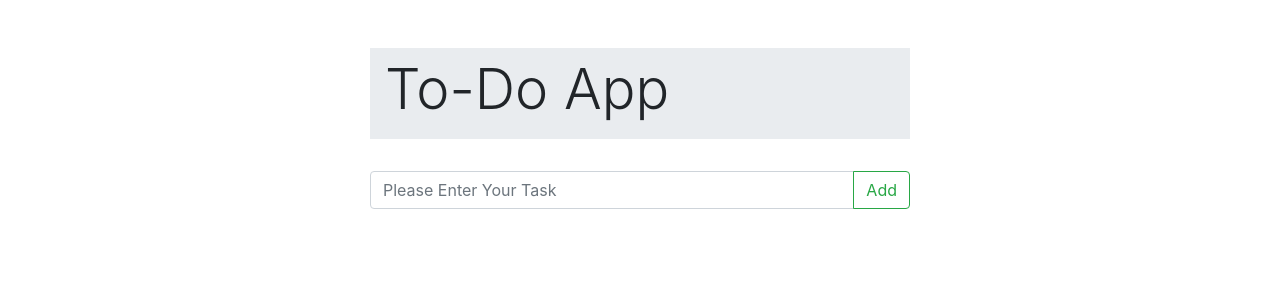
Repository: Khilanmakwana/Todo-App-ReactJS
Page: /
An editor plug-in stored every save of this project. The page is shown before and after the next save, followed by the edit.
The browser window is 1280 px wide. The pictures show the whole page.
The project was rebuilt for these pictures with package versions that can differ from the ones it lists, and the page was loaded fresh each time. Also part of the build but not shown: src/App.css.

Above is the page before, as saved 2020-04-28 19:17:17.

### public/index.html
<!DOCTYPE html>
<html lang="en">

<head>
  <meta charset="utf-8" />
  <link rel="icon" href="%PUBLIC_URL%/favicon.ico" />
  <meta name="viewport" content="width=device-width, initial-scale=1" />
  <meta name="theme-color" content="#000000" />
  <meta name="description" content="Web site created using create-react-app" />
  <link rel="apple-touch-icon" href="%PUBLIC_URL%/logo192.png" />
  <!--
      manifest.json provides metadata used when your web app is installed on a
      user's mobile device or desktop. See https://developers.google.com/web/fundamentals/web-app-manifest/
    -->
  <link rel="manifest" href="%PUBLIC_URL%/manifest.json" />
  <!--
      Notice the use of %PUBLIC_URL% in the tags above.
      It will be replaced with the URL of the `public` folder during the build.
      Only files inside the `public` folder can be referenced from the HTML.

      Unlike "/favicon.ico" or "favicon.ico", "%PUBLIC_URL%/favicon.ico" will
      work correctly both with client-side routing and a non-root public URL.
      Learn how to configure a non-root public URL by running `npm run build`.
    -->
  <title>React App</title>
  <link rel="stylesheet" href="https://stackpath.bootstrapcdn.com/bootstrap/4.4.1/css/bootstrap.min.css"
    integrity="sha384-Vkoo8x4CGsO3+Hhxv8T/Q5PaXtkKtu6ug5TOeNV6gBiFeWPGFN9MuhOf23Q9Ifjh" crossorigin="anonymous">
</head>

<body>
  <noscript>You need to enable JavaScript to run this app.</noscript>
  <div class="container">
    <div class="row">
      <div class="col-md-6 offset-md-3 mt-5">
        <div id="root"></div>
      </div>
    </div>
  </div>
  <!--
      This HTML file is a template.
      If you open it directly in the browser, you will see an empty page.

      You can add webfonts, meta tags, or analytics to this file.
      The build step will place the bundled scripts into the <body> tag.

      To begin the development, run `npm start` or `yarn start`.
      To create a production bundle, use `npm run build` or `yarn build`.
    -->
  <script src="https://code.jquery.com/jquery-3.4.1.slim.min.js"
    integrity="sha384-J6qa4849blE2+poT4WnyKhv5vZF5SrPo0iEjwBvKU7imGFAV0wwj1yYfoRSJoZ+n" crossorigin="anonymous">
  </script>
  <script src="https://cdn.jsdelivr.net/npm/popper.js@1.16.0/dist/umd/popper.min.js"
    integrity="sha384-Q6E9RHvbIyZFJoft+2mJbHaEWldlvI9IOYy5n3zV9zzTtmI3UksdQRVvoxMfooAo" crossorigin="anonymous">
  </script>
  <script src="https://stackpath.bootstrapcdn.com/bootstrap/4.4.1/js/bootstrap.min.js"
    integrity="sha384-wfSDF2E50Y2D1uUdj0O3uMBJnjuUD4Ih7YwaYd1iqfktj0Uod8GCExl3Og8ifwB6" crossorigin="anonymous">
  </script>
</body>

</html>

### src/App.js
import React, { Component } from "react";
import "./App.css";

class App extends Component {
  state = {
    todoList: [],
  };

  render() {
    return (
      <div>
        <div className="jumbotron jumbotron-fluid py-2">
          <div className="container">
            <h1 className="display-4">To-Do App</h1>
          </div>
        </div>
        <form className="mb-3" onSubmit={this.handleSubmit}>
          <div className="input-group">
            <input
              type="text"
              name="todoTask"
              className="form-control"
              placeholder="Please Enter Your Task"
              autoComplete="off"
            />
            <div className="input-group-append">
              <button type="sumbit" className="btn btn-outline-success">
                Add
              </button>
            </div>
          </div>
        </form>
        <ul className="list-group">
          {this.state.todoList.map((item, index) => {
            return (
              <li className="list-group-item" key={index}>
                {item}
                <button
                  className="btn btn-sm btn-outline-danger float-right"
                  onClick={(event) => {
                    this.deleteTodoTask(event, index);
                  }}
                >
                  Delete
                </button>
              </li>
            );
          })}
        </ul>
      </div>
    );
  }

  handleSubmit = (event) => {
    var taskDesc = event.target.elements.todoTask.value;
    if (taskDesc.length > 0) {
      this.setState({
        todoList: [...this.state.todoList, taskDesc],
      });
      event.target.reset();
    }
    event.preventDefault();
  };

  deleteTodoTask = (event, index) => {
    var taskArray = [...this.state.todoList];
    taskArray.splice(index, 1);
    this.setState({
      todoList: taskArray,
    });
  };
}
export default App;

Loaded but not shown: src/index.js (common file); src/index.css (common file); src/serviceWorker.js (common file)

After the next save:
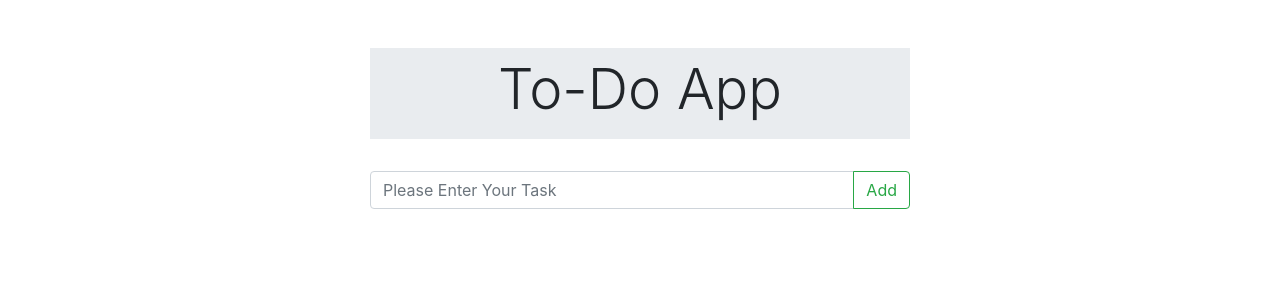
Saved 50 s later.
--- a/src/App.js
+++ b/src/App.js
@@ -11,7 +11,7 @@ class App extends Component {
       <div>
         <div className="jumbotron jumbotron-fluid py-2">
           <div className="container">
-            <h1 className="display-4">To-Do App</h1>
+            <h1 className="display-4"><center>To-Do App</center></h1>
           </div>
         </div>
         <form className="mb-3" onSubmit={this.handleSubmit}>
